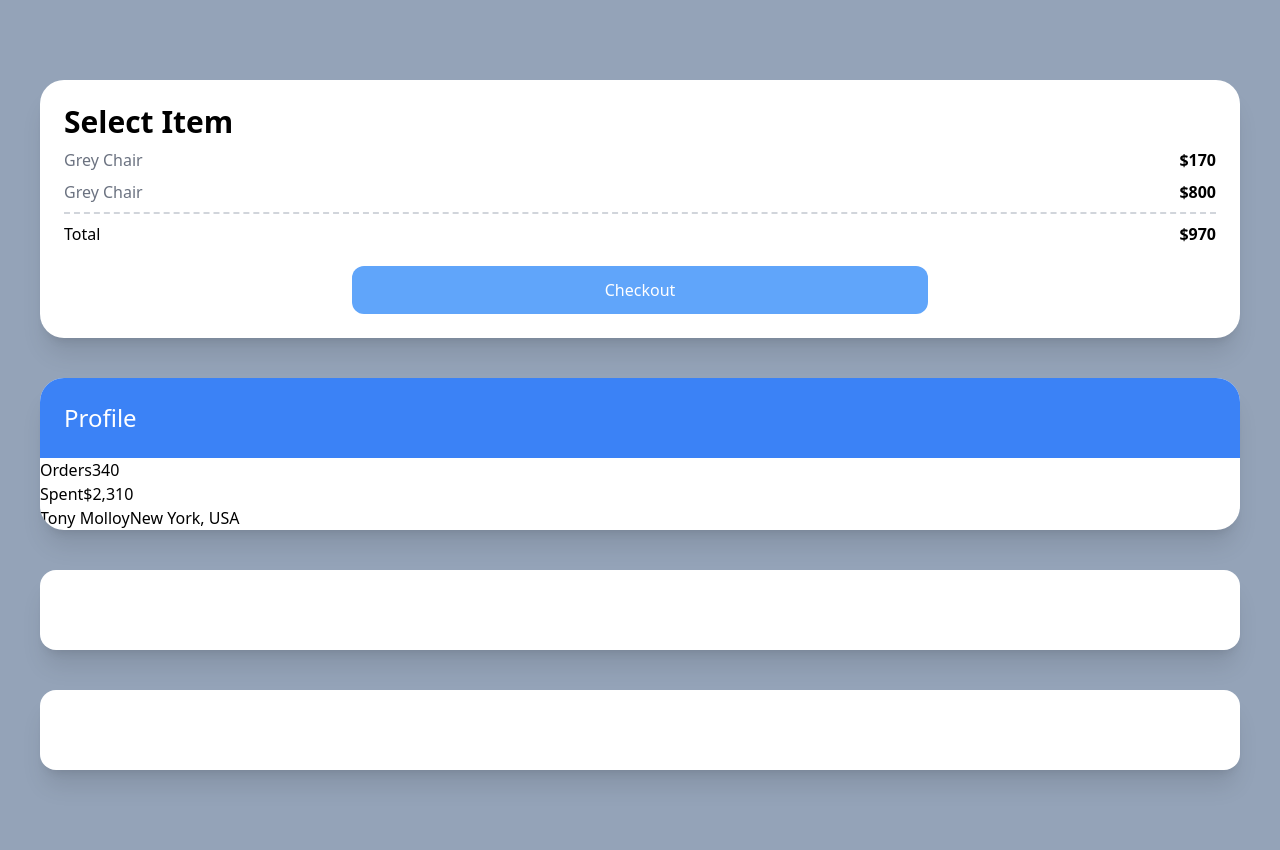
Repository: pjk0007/nextjs-carrot-marcket
Page: /
These files come from the project's save history. The page is drawn as it stood at one moment and after the next save; the edit follows.
The browser window is 1280 px wide. The pictures show the whole page.
The project was rebuilt for these pictures with package versions that can differ from the ones it lists, and the page was loaded fresh each time. The framework's server and built-in components were replaced by stand-ins that run in the browser. Also part of the build but not shown: next.config.js.

Above is the page before, as saved 2022-04-30 13:09:38.

After the next save:
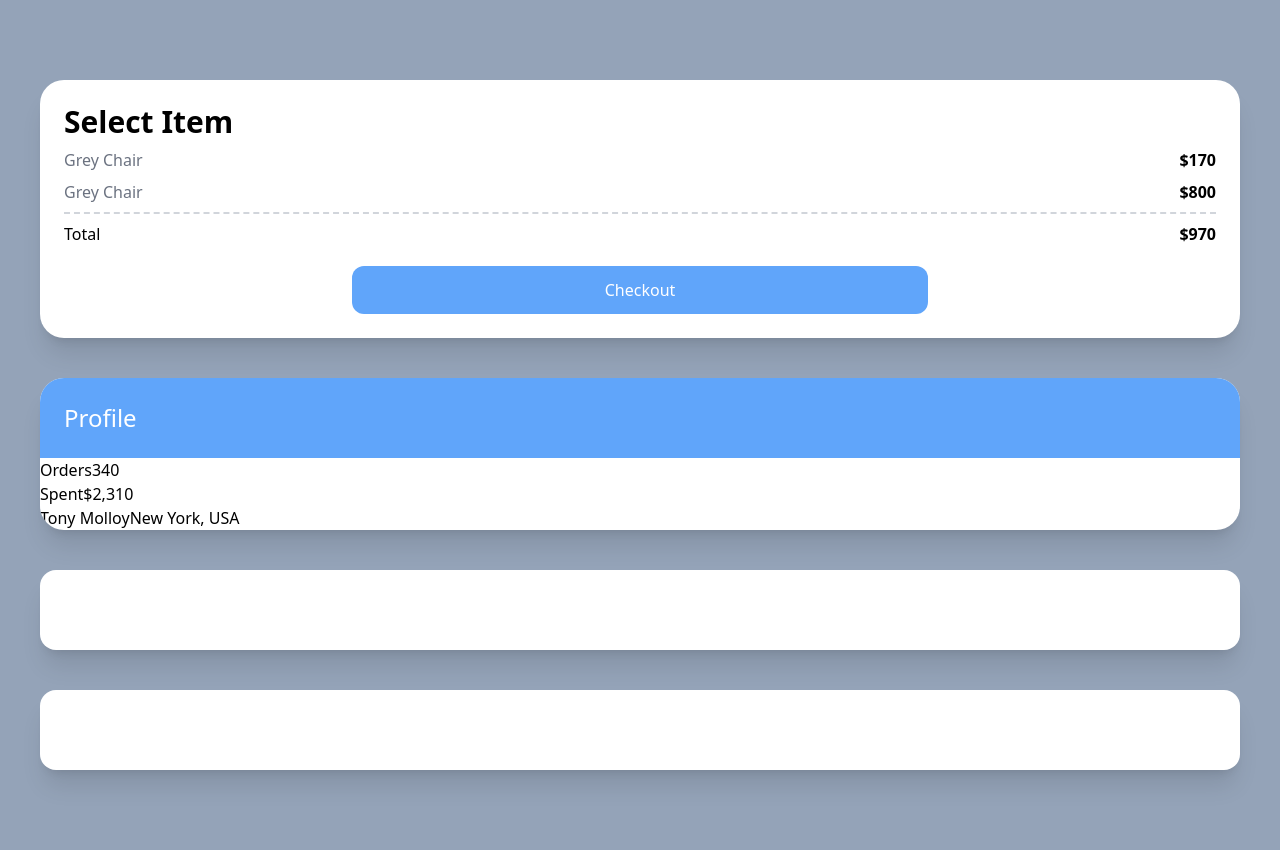
Saved 5 s later.
--- a/pages/index.tsx
+++ b/pages/index.tsx
@@ -20,7 +20,7 @@ const Home: NextPage = () => {
       </div>
 
       <div className='bg-white overflow-hidden rounded-3xl shadow-xl'>
-        <div className='bg-blue-500 p-6'>
+        <div className='bg-blue-400 p-6'>
           <span className='text-white text-2xl'>Profile</span>
         </div>
         <div>
